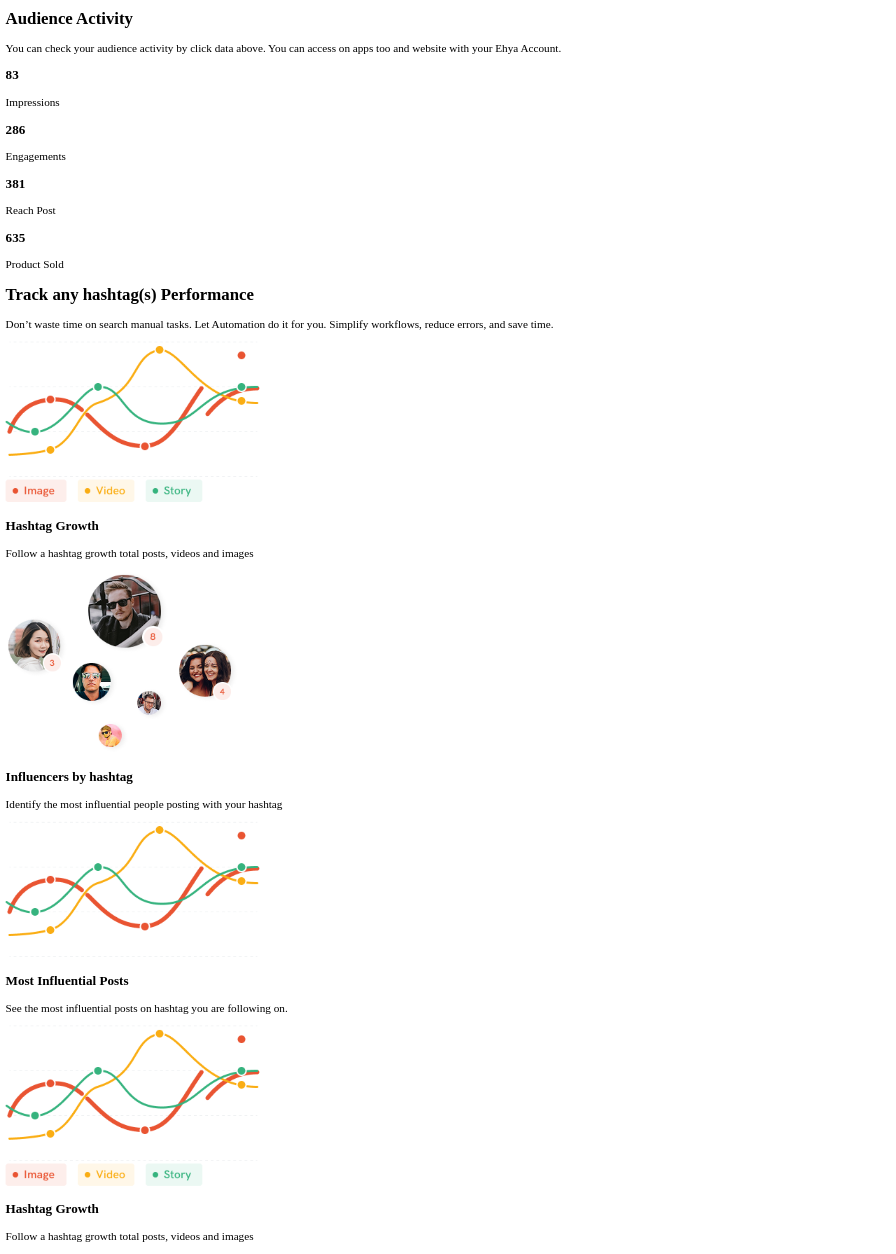
Repository: Eduardo-Tamborelli-Ferreira-lino/FrontEnd
Page: projetos/Prova-CSS/index.html
These files come from the project's save history. The page is drawn as it stood at one moment and after the next save; the edit follows.
The browser window is 1280 px wide. The pictures show the part of the page from y = 1613 to 3533 px (the page is 3404 px tall before and 3533 px after), at 70% of full size.

Above is the page before, as saved 2026-03-12 10:02:38.

### projetos/Prova-CSS/index.html
<!DOCTYPE html>
<html lang="en">

<head>
    <meta charset="UTF-8">
    <meta name="viewport" content="width=device-width, initial-scale=1.0">
    <title>Ehya</title>
</head>

<body>

    <!-- Construção do Header Para o Desktop e Mobile -->
    <header class="container">
        <div class="logo">
            <img src="./Image/Header/Logo.png" alt="Website brand logo">
        </div>
        <div id="menu-mobile">
            <img src="./Image/Header/Menu_hamburger.png" alt="Hamburger menu for website actions. ">
        </div>
        <div id="menu-desktop">
            <nav>
                <ul>
                    <li><a href="#">Home</a></li>
                    <li><a href="#">Landings</a></li>
                    <li><a href="#">Pages</a></li>
                    <li><a href="#">Docs</a></li>
                    <li><a href="#">Help</a></li>
                    <li><a href="#">Get it now</a></li>
                </ul>
            </nav>
        </div>

    </header>

    <main>

        <section id="hero">

            <div id="overlay">
                <div id="hero-content" , class="container">
                    <div id="hero-title">
                        <h1>
                            Track Instagram
                            Business Performance
                        </h1>
                    </div>
                    <div id="hero-subtitle">
                        <p>
                            Ehya is the Instagram analytics platform teams use to stay focused on the goals, track
                            engagement for report your business .
                        </p>
                    </div>
                    <div id="hero-button">
                        <a href="#">Get 14-Days Trial</a>
                    </div>
                    <div id="Dashboard">
                        <img src="./Image/Main/Dashboard/Dashboard.png"
                            alt="Dashboard to the Most Imports Information on Brand">
                    </div>
                </div>
            </div>

        </section>

        <section id="partners" , class="container">

            <div id="all-partners">
                <div id="Slack">
                    <img src="./Image/Main/Brands/Slack.png" alt="Image of Partner Slack">
                </div>

                <div id="Netflix">
                    <img src="./Image/Main/Brands/Netflix.png" alt="Image of Partner Netflix">
                </div>

                <div id="Google">
                    <img src="./Image/Main/Brands/Google.png" alt="Image of Partner Google">
                </div>

                <div id="Airbnb">
                    <img src="./Image/Main/Brands/Airbnb.png" alt="Image of Partner Airbnb">
                </div>

                <div id="Uber">
                    <img src="./Image/Main/Brands/Uber.png" alt="Image of Partner Uber">
                </div>

            </div>

        </section>

        <div id="line-divider"></div>

        <section id="main-content" , class="container">

            <div id="Feature">

                <div id="impressions">
                    <div id="impressions-title">
                        <h2>
                            Measure Impressions
                            and Reach Post
                        </h2>
                    </div>
                    <div id="impressions-subtitle">
                        <p>
                            Graphs displaying your performance for metrics like follower
                            evolution, average engagement rate per post and reach
                            and impressions to give you the insights.
                        </p>
                    </div>
                    <div id="impressions-button">
                        <a href="#">Learn More
                            <img src="./Image/Main/Icons/Icon_Arrow.png"
                                alt="Arrow to indicate that the button leads to another page. ">
                        </a>
                    </div>
                    <div id="impressions-graph">
                        <img src="./Image/Main/Graph/Graph.png"
                            alt="Graph of Impressions and Reach History of the Brand">
                    </div>
                </div>

                <div id="schedule">

                    <div id="schedule-title">
                        <h2>
                            Schedule Your Post
                            Whenever You Want
                        </h2>
                    </div>
                    <div id="schedule-subtitle">
                        <p>
                            Publish your content automatically. Built-in features, such as Best Time to Post,
                            Geolocation, User Tag, and more, ensure that your content reaches the right people.
                        </p>
                    </div>
                    <div id="schedule-graph">
                        <img src="./Image/Main/Graph/Week_Graph .png" alt="Graph of week's agenda">
                    </div>
                    <div id="line-divider-schedule"></div>
                    <div id="schedule-help">
                        <img src="./Image/Main/Icons/Icon_pencil.png" alt="icon to indicate editing">
                        <h3>
                            Data about audiece can be accessed on Ehya Apps.
                            You can download Ehya apps on Google Play & App Store.
                        </h3>
                    </div>

                </div>

            </div>

            <div id="audience">

                <div id="audience-image">
                    <img src="./Image/Main/Graph/follows_Graph .png" alt="Audience Viewing Image">
                </div>

                <div id="audience-title">
                    <h2>
                        Audience Activity
                    </h2>
                </div>

                <div id="audience-subtitle">
                    <p>
                        You can check your audience activity by click data above.
                        You can access on apps too and website with your Ehya Account.
                    </p>
                </div>

                <div id="audience-activity">
                    <div class="audience-informations">
                        <h3>
                            83
                        </h3>
                        <p>
                            Impressions
                        </p>
                    </div>
                    <div class="audience-informations">
                        <h3>
                            286
                        </h3>
                        <p>
                            Engagements
                        </p>
                    </div>
                    <div class="audience-informations">
                        <h3>
                            381
                        </h3>
                        <p>
                            Reach Post
                        </p>
                    </div>
                    <div class="audience-informations">
                        <h3>
                            635
                        </h3>
                        <p>
                            Product Sold
                        </p>
                    </div>
                </div>

            </div>

            <div id="track-hashtag">

                <div id="track-title">
                    <h2>
                        Track any hashtag(s) Performance
                    </h2>
                </div>
                <div id="track-subtitle">
                    <p>
                        Don’t waste time on search manual tasks. Let Automation do it for you.
                        Simplify workflows, reduce errors, and save time.
                    </p>
                </div>
                <div class="track-card">
                    <div id="card-graph">
                        <img src="./Image/Main/Track-card/Graph-card.png" alt="Graph of hashtag Growth">
                    </div>
                    <div id="Graph-description">
                        <img src="./Image/Main/Track-card/Graph-information.png"
                            alt="Description of each line in the graph">
                    </div>
                    <div class="card-title">
                        <h3>
                            Hashtag Growth
                        </h3>
                    </div>
                    <div class="card-subtitle">
                        <p>
                            Follow a hashtag growth total posts, videos
                            and images
                        </p>
                    </div>
                </div>
                <div class="track-card">
                    <div id="card-image">
                        <img src="./Image/Main/Track-card/Influencers.png" alt="Influencers by hashtag">
                    </div>
                    <div class="card-title">
                        <h3>
                            Influencers by hashtag
                        </h3>
                    </div>
                    <div class="card-subtitle">
                        <p>
                            Identify the most influential people posting with
                            your hashtag
                        </p>
                    </div>
                </div>
                <div class="track-card">
                    <div id="card-graph">
                        <img src="./Image/Main/Track-card/Graph-card.png" alt="Graph of hashtag Growth">
                    </div>
                    <div class="card-title">
                        <h3>
                            Most Influential Posts
                        </h3>
                    </div>
                    <div class="card-subtitle">
                        <p>
                            See the most influential posts on hashtag you
                            are following on.
                        </p>
                    </div>
                </div>
                <div class="track-card">
                    <div id="card-graph">
                        <img src="./Image/Main/Track-card/Graph-card.png" alt="Graph of hashtag Growth">
                    </div>
                    <div id="Graph-description">
                        <img src="./Image/Main/Track-card/Graph-information.png"
                            alt="Description of each line in the graph">
                    </div>
                    <div class="card-title">
                        <h3>
                            Hashtag Growth
                        </h3>
                    </div>
                    <div class="card-subtitle">
                        <p>
                            Follow a hashtag growth total posts, videos
                            and images
                        </p>
                    </div>
                </div>
            </div>

        </section>

    </main>

    <footer>

    </footer>

</body>

</html>

After the next save:
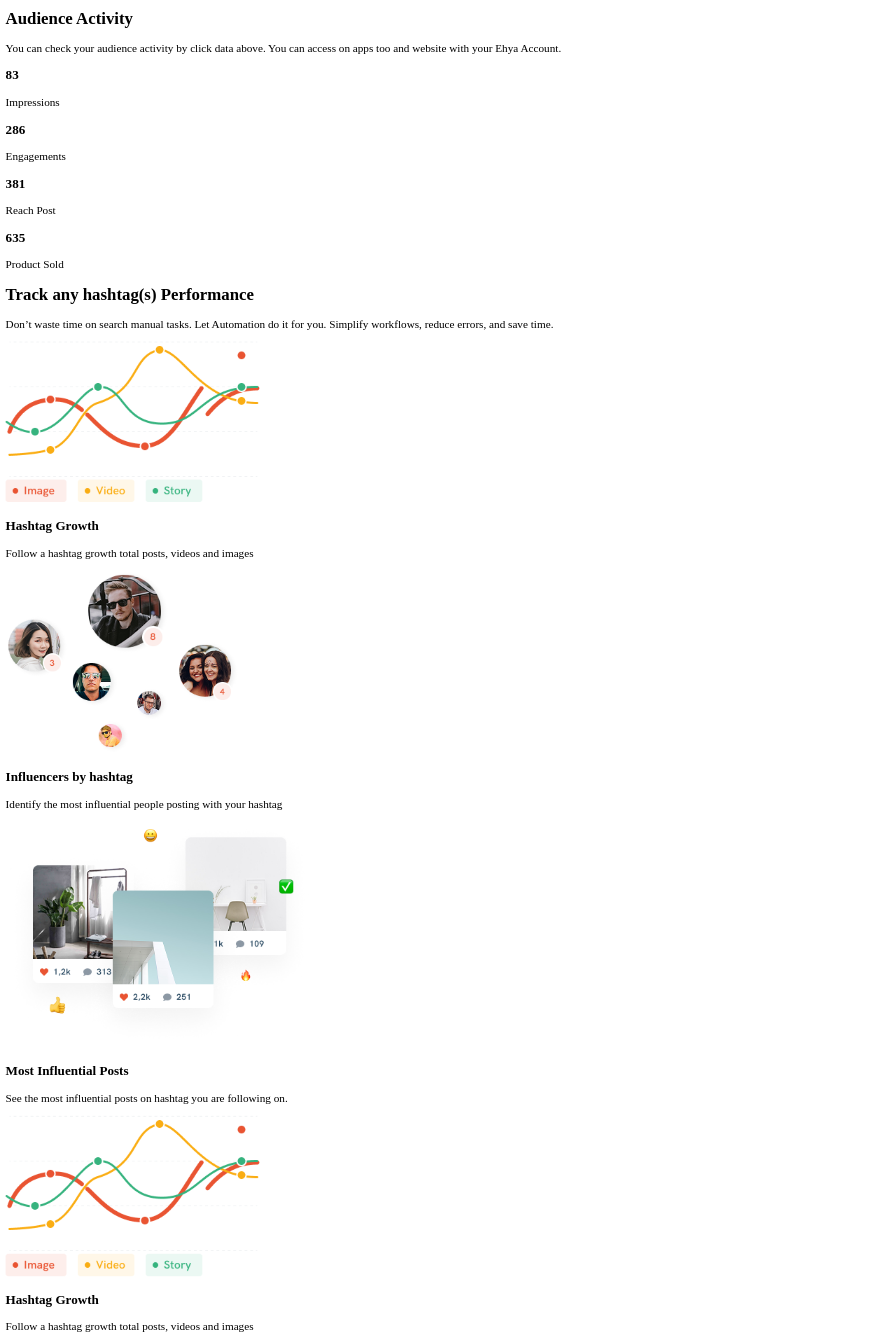
Saved 5 s later.
--- a/projetos/Prova-CSS/index.html
+++ b/projetos/Prova-CSS/index.html
@@ -258,7 +258,7 @@
                 </div>
                 <div class="track-card">
                     <div id="card-graph">
-                        <img src="./Image/Main/Track-card/Graph-card.png" alt="Graph of hashtag Growth">
+                        <img src="./Image/Main/Track-card/Posts.png" alt="Graph of hashtag Growth">
                     </div>
                     <div class="card-title">
                         <h3>
